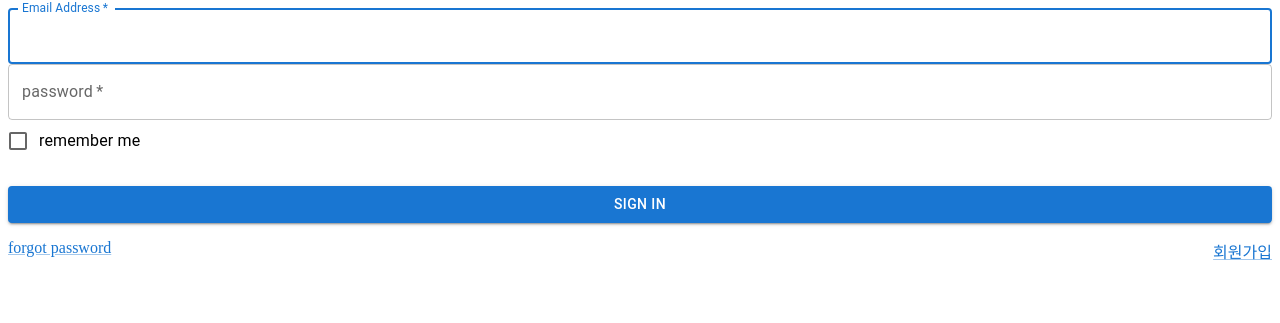
Repository: chlwpdnswku/nextjsportpolioclone
Page: /
An editor plug-in stored every save of this project. The page is shown before and after the next save, followed by the edit.
The browser window is 1280 px wide. The pictures show the whole page.
The project was rebuilt for these pictures with package versions that can differ from the ones it lists, and the page was loaded fresh each time. The framework's server and built-in components were replaced by stand-ins that run in the browser. Also part of the build but not shown: next.config.js.

Above is the page before, as saved 2022-08-05 16:57:32.

After the next save:
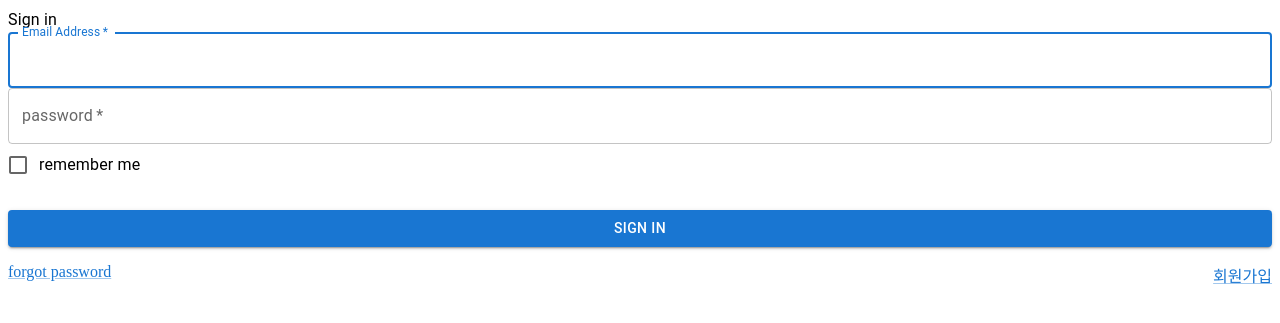
Saved 4 s later.
--- a/pages/index.tsx
+++ b/pages/index.tsx
@@ -17,7 +17,7 @@ import Checkbox from '@mui/material/Checkbox';
 const Home: NextPage = () => {
   return (
     <>
-      <Typography></Typography>
+      <Typography>Sign in</Typography>
       {/* 필수입력 required */}
       <TextField
         label='Email Address'
